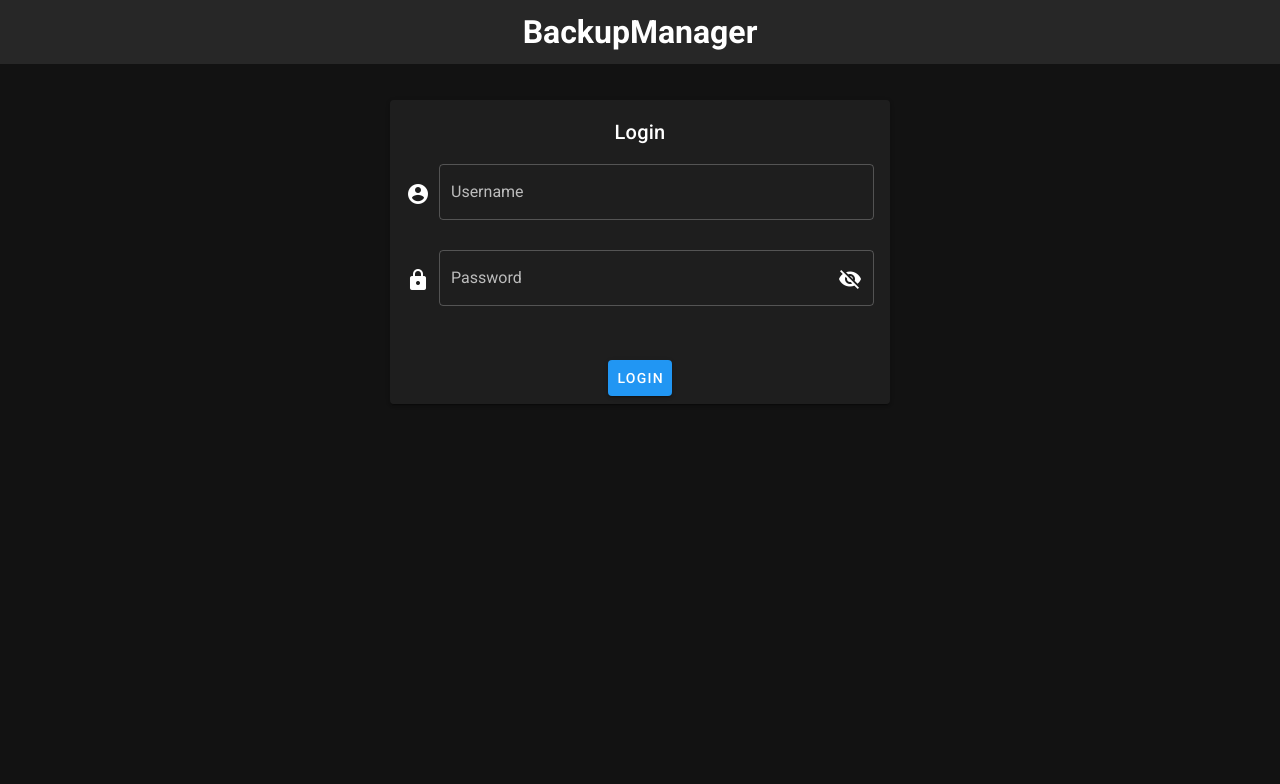
Repository: Erik966/Backup-Manager-Frontend
Page: /
These files come from the project's save history. The page is drawn as it stood at one moment and after the next save; the edit follows.
The browser window is 1280 px wide. The pictures show the whole page.
The project was rebuilt for these pictures with package versions that can differ from the ones it lists, and the page was loaded fresh each time. Also part of the build but not shown: vue.config.js, src/components/Navigation.vue, src/views/secure.vue, src/components/Settings.vue, src/views/settings.vue.

Above is the page before, as saved 2023-01-17 00:46:59.

After the next save:
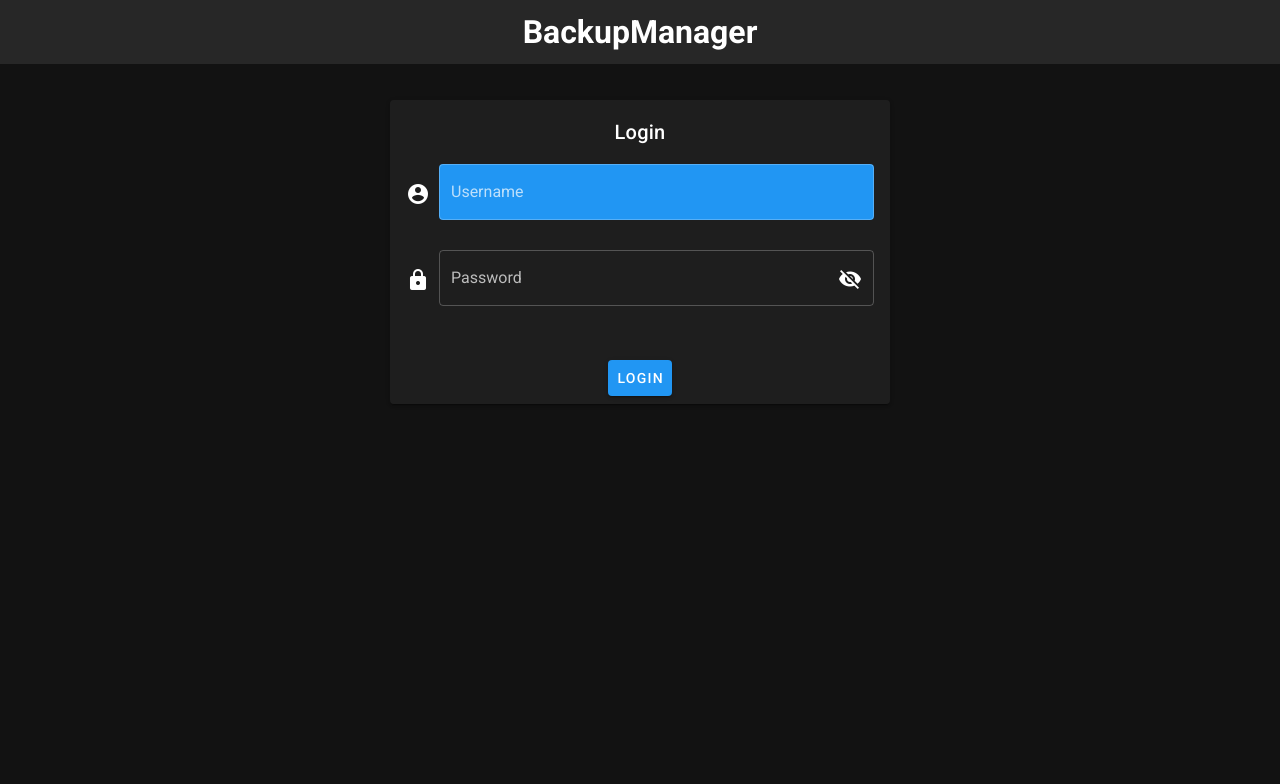
Saved 44 s later.
--- a/src/components/Login.vue
+++ b/src/components/Login.vue
@@ -13,7 +13,7 @@
         <v-card-title class="justify-center">Login</v-card-title>
 
         <v-card-text>
-          <v-text-field outlined v-model="username" label="Username" prepend-icon="mdi-account-circle"/>
+          <v-text-field background-color="primary" outlined v-model="username" label="Username" prepend-icon="mdi-account-circle"/>
           <v-text-field
           outlined
           v-model="password"

After the 2 saves that followed:
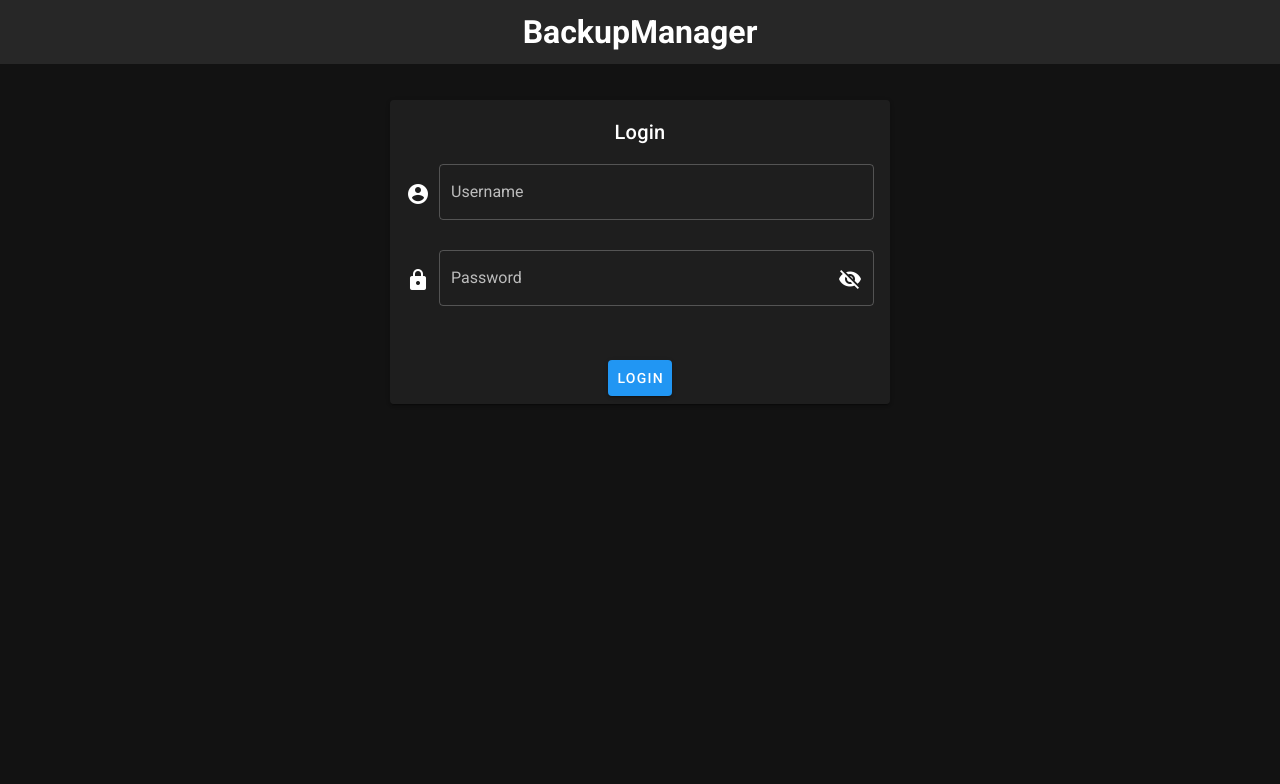
The 2 saves are shown as one change because they came seconds apart.
The last was saved 7 s later.
--- a/src/components/Login.vue
+++ b/src/components/Login.vue
@@ -13,7 +13,7 @@
         <v-card-title class="justify-center">Login</v-card-title>
 
         <v-card-text>
-          <v-text-field background-color="primary" outlined v-model="username" label="Username" prepend-icon="mdi-account-circle"/>
+          <v-text-field color="yellow" outlined v-model="username" label="Username" prepend-icon="mdi-account-circle"/>
           <v-text-field
           outlined
           v-model="password"
